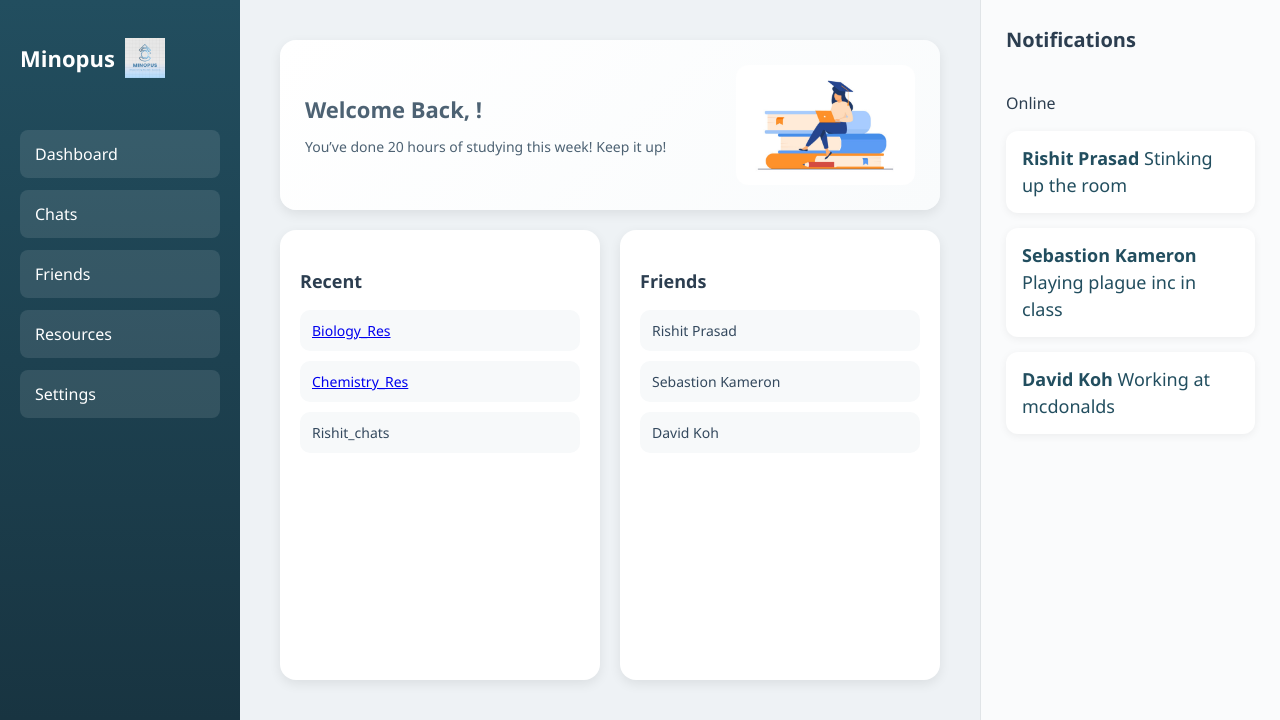
Repository: AUTemmie/Assessment-Task-3
Page: templates/index.html
The author's editor kept a copy of each file at every save. The page is drawn from the files as they stood at one save, then again after the next save.
The browser window is 1280 px wide. The pictures show the whole page.
The page is served by the project's application, run on Flask 3 (main.py). Other server files are loaded and not shown. The template is opened directly, without the code that normally fills it, so the values that code supplies are empty.

Above is the page before, as saved 2025-10-15 14:57:12.

### templates/index.html
{% extends 'layout.html' %} {% block content %}
<section class="welcome-card">
  <div>
    <h2>Welcome Back, {{first_name}}!</h2>
    <p>You’ve done 20 hours of studying this week! Keep it up!</p>
  </div>
  <img
    src="../static/images/WomanStudying.jpg"
    alt="Studying"
    style="height: 120px"
  />
</section>

<div class="card-grid">
  <div class="card">
    <h3>Recent</h3>
    <ul>
      <li>
        <a href="resources#Biology">Biology_Res</a>
      </li>
      <li>
        <a href="resources#Chemistry">Chemistry_Res</a>
      </li>
      <li>Rishit_chats</li>
    </ul>
  </div>

  <div class="card">
    <h3>Friends</h3>
    <ul>
      <li>Rishit Prasad</li>
      <li>Sebastion Kameron</li>
      <li>David Koh</li>
    </ul>
  </div>
</div>
{% endblock %}

### templates/layout.html
<!DOCTYPE html>
<html lang="en">
  <head>
    <meta charset="UTF-8" />
    <meta name="viewport" content="width=device-width, initial-scale=1.0" />
    <meta http-equiv="X-UA-Compatible" content="ie=edge" />


    <meta
      http-equiv="Content-Security-Policy"
      content="script-src 'self' 'unsafe-inline';"
    />

    <link
      rel="stylesheet"
      href="{{ url_for('static', filename='css/style.css') }}"
    />
    <link
      rel="icon"
      type="image/x-icon"
      href="{{ url_for('static', filename='images/Favicon.png') }}"
    />
    <title>{% block title %}Minopus{% endblock %}</title>
  </head>
  <body class="theme-red {% if hide_layout %}no-sidebars{% endif %}">
    <div class="dashboard-grid">
      {% if not hide_layout %}
      <!-- Left Sidebar -->
      {% include "partials/sidebar.html" %} {% endif %}

      <!-- Main Content -->
      <main class="main-panel">{% block content %}{% endblock %}</main>

      {% if not hide_layout %}
      <!-- Right Sidebar -->
      {% include "partials/notifications.html" %} {% endif %}
    </div>

    <script src="{{ url_for('static', filename='js/app.js') }}"></script>
  </body>
</html>

### templates/partials/sidebar.html
<aside class="sidebar" aria-label="Main Navigation">
  <h2 class="logo">
    Minopus
    <img
      src="{{ url_for('static', filename='images/Favicon.png') }}"
      alt="Minopus logo"
      width="40"
      height="40"
    />
  </h2>

  <nav class="sidebar-nav">
    <ul>
      <li><a href="/">Dashboard</a></li>
      <li><a href="/chat">Chats</a></li>
      <li><a href="/friends">Friends</a></li>
      <li><a href="/resources">Resources</a></li>
      <li><a href="/settings">Settings</a></li>
    </ul>
  </nav>
</aside>

### templates/partials/notifications.html
<aside class="notifications" aria-label="User Notifications">
  <h2>Notifications</h2>
  <ul class="notification-list">
    <p>Online</p>
    <!-- Friends -->
    {% for friend in friends %}
    <li>
      <span class="text"
        ><strong>{{ friend.name }}</strong> {{ friend.description }}</span
      >
    </li>
    {% endfor %}
  </ul>
</aside>

### main.py
from flask import Flask, render_template, request, redirect, session, url_for
import database_manager as dbHandler
from datetime import datetime
import sqlite3 as sql

app = Flask(__name__)
app.secret_key = "key"


db = dbHandler.DBManager()


@app.route("/signup", methods=["GET", "POST"])
def signup():
    if request.method == "POST":
        first_name = request.form["first_name"]
        email = request.form["email"]
        password = request.form["password"]

        # Check if user exists
        existing = db.get_user_by_first_name(first_name)
        if existing:
            return render_template("signup.html", message="Username already exists")

        # Add user
        con = sql.connect(db.dbPath)
        cur = con.cursor()
        cur.execute(
            "INSERT INTO users (first_name, email, password) VALUES (?, ?, ?)",
            (first_name, email, password),
        )
        con.commit()
        con.close()

        return redirect(url_for("login"))

    return render_template("signup.html", hide_layout=True)


@app.context_processor
def inject_notifications():
    friends = [
        {"id": 1, "name": "Rishit Prasad", "description": "Stinking up the room"},
        {
            "id": 2,
            "name": "Sebastion Kameron",
            "description": "Playing plague inc in class",
        },
        {"id": 3, "name": "David Koh", "description": "Working at mcdonalds"},
    ]

    current_time = datetime.now().strftime("%I:%M %p")

    return dict(
        friends=friends,
        current_time=current_time,
    )


@app.route("/", methods=["GET"])
@app.route("/index.html", methods=["GET"])
def index():
    if "username" not in session:
        return redirect("/Login")

    user = db.get_user_by_first_name(session["username"])

    if not user:
        return redirect("/Login")

    first_name = user["first_name"]
    last_name = user.get("last_name", "")

    return render_template("index.html", first_name=first_name, last_name=last_name)


@app.route("/chat", methods=["GET"])
def chat():
    if "username" not in session:
        return redirect("/Login")

    messages = db.get_messages()
    return render_template("chat.html", messages=messages)


@app.route("/send_message", methods=["POST"])
def send_message():
    if "username" not in session:
        return redirect("/Login")

    sender = session["username"]
    text = request.form["message"]
    time = datetime.now().strftime("%Y-%m-%d %H:%M:%S")

    db.add_message(sender, text, time)
    return redirect(url_for("chat"))


@app.route("/friends")
def friends_page():
    if "username" not in session:
        return redirect("/Login")
    return render_template("friends.html")


@app.route("/resources")
def resources():
    if "username" not in session:
        return redirect("/Login")
    return render_template("resource.html")


@app.route("/settings")
def settings():
    if "username" not in session:
        return redirect("/Login")
    return render_template("settings.html")


@app.route("/Login", methods=["GET", "POST"])
def login():
    if request.method == "POST":
        username = request.form["username"]
        password = request.form["password"]

        user = db.get_user_by_first_name(username)

        if user:
            if password == user["password"]:
                session["username"] = user["first_name"]
                return redirect("/")
            else:
                error = "Incorrect password"
        else:
            error = "Username not found"

        return render_template("Login.html", error=error, hide_layout=True)

    return render_template("Login.html", hide_layout=True)


@app.route("/logout")
def logout():
    session.pop("username", None)
    return redirect("/Login")


if __name__ == "__main__":
    app.run(debug=True, host="0.0.0.0", port=5000)

### static/css/style.css
/* Reset + Base */
body {
  margin: 0;
  font-family: "Segoe UI", sans-serif;
  background-color: #eef2f5;
  color: #2c3e50;
  line-height: 1.5;
}

/* Grid Layout */
.dashboard-grid {
  display: grid;
  grid-template-columns: 240px 1fr 300px;
  grid-template-rows: 100vh;
  overflow: hidden;
}

/* Sidebar */
.sidebar {
  background: linear-gradient(180deg, #224e5f, #183441);
  color: #fff;
  padding: 20px;
  display: flex;
  flex-direction: column;
}

.sidebar .logo {
  display: flex;
  align-items: center;
  gap: 10px;
  font-size: 22px;
  font-weight: bold;
  margin-bottom: 40px;
}

.sidebar ul {
  list-style: none;
  padding: 0;
  margin: 0;
}

.sidebar li {
  margin: 12px 0;
}

.sidebar a {
  display: block;
  padding: 12px 15px;
  border-radius: 8px;
  text-decoration: none;
  background: rgba(255, 255, 255, 0.1);
  color: #fff;
  font-weight: 500;
  transition: 0.25s ease;
}

.sidebar a:hover {
  background: rgba(255, 255, 255, 0.25);
}

/* Main Panel */
.main-panel {
  display: flex;
  flex-direction: column;
  padding: 40px;
  background-color: #eef2f5;
  height: 100vh;
  box-sizing: border-box;
  overflow: hidden;
}

.main-panel h1 {
  margin: 0 0 20px;
  font-size: 28px;
  font-weight: 600;
}

.main-panel h2 {
  margin-top: 0;
  font-size: 20px;
  font-weight: 500;
  color: #4d6273;
}

/* Welcome Card */
.welcome-card {
  display: flex;
  justify-content: space-between;
  align-items: center;
  background: linear-gradient(135deg, #ffffff, #f9fbfc);
  border-radius: 16px;
  padding: 25px;
  margin-bottom: 20px;
  box-shadow: 0 4px 12px rgba(0, 0, 0, 0.08);
}

.welcome-card h2 {
  margin: 0 0 10px 0;
  font-size: 22px;
  font-weight: 600;
}

.welcome-card p {
  margin: 0;
  font-size: 14px;
  color: #4d6273;
}

.welcome-card img {
  height: 120px;
  border-radius: 12px;
  object-fit: cover;
}

/* Card Grid */
.card-grid {
  display: grid;
  grid-template-columns: repeat(auto-fit, minmax(280px, 1fr));
  gap: 20px;
  flex: 1;
  min-height: 0;
}

/* Cards */
.card {
  background: #ffffff;
  border-radius: 16px;
  padding: 20px;
  box-shadow: 0 4px 12px rgba(0, 0, 0, 0.08);
  display: flex;
  flex-direction: column;
  height: 100%;
  box-sizing: border-box;
}

.card h3 {
  margin-bottom: 15px;
  font-size: 18px;
  font-weight: 600;
  color: #2c3e50;
}

.card ul {
  list-style: none;
  padding: 0;
  margin: 0;
  flex: 1;
  overflow-y: auto;
}

.card li {
  margin-bottom: 10px;
  background: #f7f9fa;
  padding: 10px 12px;
  border-radius: 10px;
  font-size: 14px;
  color: #34495e;
  transition: transform 0.15s ease, box-shadow 0.15s ease;
}

.card li:hover {
  transform: translateY(-2px);
  box-shadow: 0 2px 8px rgba(0, 0, 0, 0.1);
}

/* Recent Card Links */
.card ul li a.resource-link {
  display: block;
  background: #3498db;
  color: #fff;
  padding: 10px 14px;
  border-radius: 10px;
  margin-bottom: 10px;
  text-decoration: none;
  transition: background 0.2s ease;
}

.card ul li a.resource-link:hover {
  background: #2980b9;
}

/* Friends Card Search Input */
.friend-search {
  width: 100%;
  padding: 10px 14px;
  margin-bottom: 15px;
  border: 1px solid #ccc;
  border-radius: 12px;
  font-size: 14px;
  box-sizing: border-box;
}

.friend-search:focus {
  outline: none;
  border-color: #224e5f;
  box-shadow: 0 0 5px rgba(34, 78, 95, 0.4);
}

/* Friends List Items */
.friends-list {
  list-style: none;
  padding: 0;
  margin: 0;
  flex: 1;
  overflow-y: auto;
}

.friend {
  display: flex;
  align-items: center;
  justify-content: space-between;
  background: #f7f9fa;
  padding: 12px 16px;
  margin-bottom: 12px;
  border-radius: 12px;
  font-size: 15px;
  color: #2c3e50;
}

.friend:hover {
  transform: translateY(-2px);
  box-shadow: 0 2px 8px rgba(0, 0, 0, 0.1);
}

/* Status Indicators */
.status-icon {
  display: inline-block;
  width: 14px;
  height: 14px;
  border-radius: 50%;
  margin-right: 10px;
  border: 2px solid #fff;
}

.friend.online .status-icon {
  background-color: #43b581;
}

.friend.offline .status-icon {
  background-color: #747f8d;
}

.friend .status {
  font-weight: bold;
}

.friend.online .status {
  color: #2ecc71;
}

.friend.offline .status {
  color: #e74c3c;
}

/* Notifications Panel */
.notifications {
  background: #fafbfc;
  padding: 25px;
  border-left: 1px solid #e0e4e7;
  display: flex;
  flex-direction: column;
  overflow-y: auto;
}

.notifications h2 {
  margin: 0 0 20px;
  font-size: 20px;
  font-weight: 600;
}

.notifications ul {
  list-style: none;
  padding: 0;
  margin: 0;
}

.notifications li {
  margin-bottom: 15px;
  background: #fff;
  padding: 14px 16px;
  border-radius: 12px;
  display: flex;
  align-items: center;
  justify-content: space-between;
  font-size: 14px;
  box-shadow: 0 2px 8px rgba(0, 0, 0, 0.06);
  transition: transform 0.2s ease;
}

.notifications li:hover {
  transform: translateY(-3px);
}

.notifications span {
  margin-right: 8px;
  font-size: 18px;
  color: #224e5f;
}

/* Chat Panel */
.chat-container {
  display: flex;
  flex-direction: column;
  height: 100%;
  background: #fff;
  border-radius: 12px;
  box-shadow: 0 4px 12px rgba(0, 0, 0, 0.08);
  padding: 20px;
}

.chat-box {
  flex: 1;
  overflow-y: auto;
  padding-right: 10px;
  margin-bottom: 15px;
}

.message {
  max-width: 70%;
  margin: 8px 0;
  padding: 10px 14px;
  border-radius: 12px;
  font-size: 14px;
  position: relative;
}

.message.sent {
  background: #224e5f;
  color: #fff;
  margin-left: auto;
  border-bottom-right-radius: 4px;
}

.message.received {
  background: #f1f3f5;
  color: #2c3e50;
  margin-right: auto;
  border-bottom-left-radius: 4px;
}

.message .time {
  display: block;
  font-size: 11px;
  color: #777;
  margin-top: 4px;
}

.chat-input {
  display: flex;
  gap: 10px;
}

.chat-input input {
  flex: 1;
  padding: 12px;
  border-radius: 8px;
  border: 1px solid #ccc;
  font-size: 14px;
}

.chat-input button {
  background: #224e5f;
  color: #fff;
  border: none;
  padding: 12px 18px;
  border-radius: 8px;
  cursor: pointer;
  transition: 0.2s ease;
}

.chat-input button:hover {
  background: #1a3b48;
}

/* Settings Page */
.settings-page {
  padding: 20px;
}

.page-title {
  margin-bottom: 20px;
}

.settings-content {
  background: #ffffff;
  border-radius: 12px;
  padding: 25px;
  box-shadow: 0 2px 6px rgba(0, 0, 0, 0.1);
  max-width: 600px;
}

.settings-content h3 {
  margin-bottom: 20px;
}

.settings-form {
  display: flex;
  flex-direction: column;
  gap: 18px;
}

.settings-form label {
  display: flex;
  flex-direction: column;
  font-size: 14px;
  color: #34495e;
}

.settings-form input {
  padding: 10px;
  margin-top: 6px;
  border: 1px solid #dcdde1;
  border-radius: 8px;
  outline: none;
}

.settings-form input:focus {
  border-color: #3498db;
}

.save-btn {
  padding: 12px;
  border: none;
  border-radius: 8px;
  background: #3498db;
  color: #fff;
  font-weight: bold;
  cursor: pointer;
  transition: background 0.2s;
}

.save-btn:hover {
  background: #2980b9;
}

.logout-link {
  display: inline-block;
  margin-top: 15px;
  color: #fff;
  background-color: #e74c3c;
  padding: 8px 12px;
  text-decoration: none;
  border-radius: 4px;
}

.logout-link:hover {
  background-color: #c0392b;
}

/* Resources Page */
.resources-container {
  display: flex;
  gap: 20px;
  flex-wrap: wrap;
  margin-top: 20px;
}

.resource-card {
  background-color: #f5f7fa;
  padding: 20px;
  border-radius: 12px;
  flex: 1 1 250px;
  box-shadow: 0 4px 6px rgba(0, 0, 0, 0.1);
}

.resource-card h3 {
  margin-top: 0;
  color: #2c3e50;
}

.resource-card p {
  color: #34495e;
  margin-bottom: 15px;
}

.resource-link {
  display: inline-block;
  text-decoration: none;
  background-color: #3498db;
  color: white;
  padding: 8px 12px;
  border-radius: 5px;
}

.resource-link:hover {
  background-color: #2980b9;
}

/* Login Page */

body.no-sidebars .dashboard-grid {
  grid-template-columns: 1fr; /* full width */
}

body.no-sidebars .sidebar,
body.no-sidebars .notifications {
  display: none !important;
}

.login-container {
  max-width: 400px;
  margin: 80px auto;
  background: #fff;
  padding: 30px;
  border-radius: 16px;
  box-shadow: 0 4px 12px rgba(0, 0, 0, 0.08);
  text-align: center;
}

.login-container h2 {
  margin-bottom: 20px;
  font-size: 24px;
  font-weight: 600;
  color: #224e5f;
}

.form-group {
  text-align: left;
  margin-bottom: 15px;
}

.form-group label {
  display: block;
  margin-bottom: 6px;
  font-size: 14px;
  font-weight: 500;
  color: #2c3e50;
}

.form-group input {
  width: 100%;
  padding: 12px;
  border-radius: 8px;
  border: 1px solid #ccc;
  font-size: 14px;
  box-sizing: border-box;
}

button[type="submit"] {
  width: 100%;
  padding: 12px;
  background: #224e5f;
  color: #fff;
  border: none;
  border-radius: 8px;
  font-size: 16px;
  font-weight: 500;
  cursor: pointer;
  transition: 0.25s ease;
}

button[type="submit"]:hover {
  background: #1a3b48;
}

.error {
  color: red;
  font-size: 14px;
  margin-bottom: 15px;
}

.signup-link {
  margin-top: 15px;
  font-size: 14px;
}

.signup-link a {
  color: #224e5f;
  text-decoration: none;
  font-weight: 500;
}

.signup-link a:hover {
  text-decoration: underline;
}

.login-container {
  max-width: 400px;
  margin: 8vh auto;
  background: #ffffff;
  padding: 2rem 2.5rem;
  border-radius: 10px;
  box-shadow: 0 4px 20px rgba(0, 0, 0, 0.1);
}

.login-container h2 {
  text-align: center;
  margin-bottom: 1.5rem;
  color: #1e3a46;
  font-weight: 600;
}

.form-group {
  margin-bottom: 1.2rem;
}

.form-group label {
  display: block;
  font-weight: 500;
  color: #333;
  margin-bottom: 0.4rem;
}

.form-group input {
  width: 100%;
  padding: 0.7rem;
  border: 1px solid #ccc;
  border-radius: 6px;
  font-size: 1rem;
  transition: border-color 0.2s ease;
}

.form-group input:focus {
  border-color: #1e3a46;
  outline: none;
}

button[type="submit"] {
  width: 100%;
  padding: 0.8rem;
  background-color: #1e3a46;
  color: #fff;
  font-size: 1rem;
  border: none;
  border-radius: 6px;
  cursor: pointer;
  transition: background-color 0.2s ease;
}

button[type="submit"]:hover {
  background-color: #254b57;
}

/* === Signup-only overrides (place at end of CSS file) === */
/* These are explicitly scoped to .signup-page so they won't affect other pages. */

.signup-page {
  display: flex !important;
  justify-content: center !important;
  align-items: center !important;
  min-height: 100vh;
  padding: 6vh 1rem;
  background-color: #eef2f5; /* keeps page bg consistent */
  box-sizing: border-box;
}

/* The form box itself */
.signup-page .signup-form {
  width: 100%;
  max-width: 420px;
  background: #ffffff;
  padding: 2rem;
  border-radius: 12px;
  box-shadow: 0 6px 22px rgba(0, 0, 0, 0.08);
  box-sizing: border-box;
  margin: 0; /* ensure it's centered by flex parent */
}

/* Page title INSIDE the form so it's centered with the box */
.signup-page .page-title {
  margin: 0 0 1.25rem;
  text-align: center;
  color: #1e3a46;
  font-weight: 700;
  font-size: 1.4rem;
}

/* Form fields */
.signup-page .signup-form label {
  display: block;
  margin-bottom: 0.9rem;
  font-size: 0.95rem;
  color: #34495e;
  font-weight: 600;
}

.signup-page .signup-form input[type="text"],
.signup-page .signup-form input[type="email"],
.signup-page .signup-form input[type="password"] {
  width: 100%;
  padding: 0.75rem;
  border: 1px solid #dcdde1;
  border-radius: 8px;
  font-size: 1rem;
  box-sizing: border-box;
  transition: border-color 0.15s ease, box-shadow 0.15s ease;
}

.signup-page .signup-form input:focus {
  border-color: #224e5f;
  outline: none;
  box-shadow: 0 0 6px rgba(34, 78, 95, 0.12);
}

/* Submit button */
.signup-page .signup-form button[type="submit"] {
  width: 100%;
  padding: 0.85rem;
  margin-top: 0.5rem;
  background-color: #224e5f;
  color: #fff;
  border: none;
  border-radius: 8px;
  font-weight: 600;
  cursor: pointer;
  transition: background 0.15s ease;
}

.signup-page .signup-form button[type="submit"]:hover {
  background-color: #183441;
}

/* Message / error text (matches earlier .error but scoped) */
.signup-page .signup-form p[style],
.signup-page .signup-form .error {
  color: #d9534f !important;
  text-align: center;
  margin-top: 0.75rem;
  font-weight: 600;
}

/* Small responsive tweak */
@media (max-width: 480px) {
  .signup-page .signup-form {
    padding: 1.25rem;
    border-radius: 10px;
  }

  .signup-page .page-title {
    font-size: 1.15rem;
  }
}

### static/js/app.js
if ("serviceworker" in navigator) {
  window.addEventListener("load", function () {
    navigator.serviceworker
      .register("static/js/serviceworker.js")
      .then((res) => console.log("service worker registered"))
      .catch((err) => console.log("service worker not registered", err));
  });
}

After the next save:
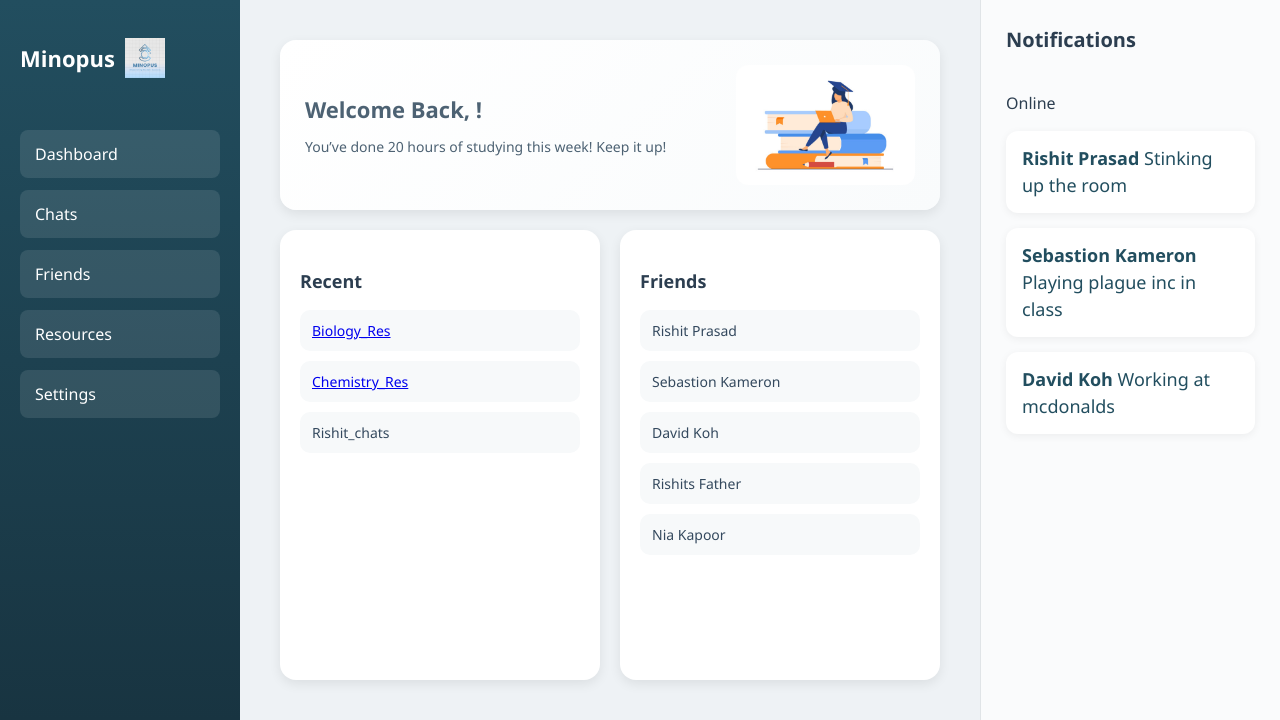
Saved 34 s later.
--- a/templates/index.html
+++ b/templates/index.html
@@ -31,6 +31,8 @@
       <li>Rishit Prasad</li>
       <li>Sebastion Kameron</li>
       <li>David Koh</li>
+      <li>Rishits Father</li>
+      <li>Nia Kapoor</li>
     </ul>
   </div>
 </div>
